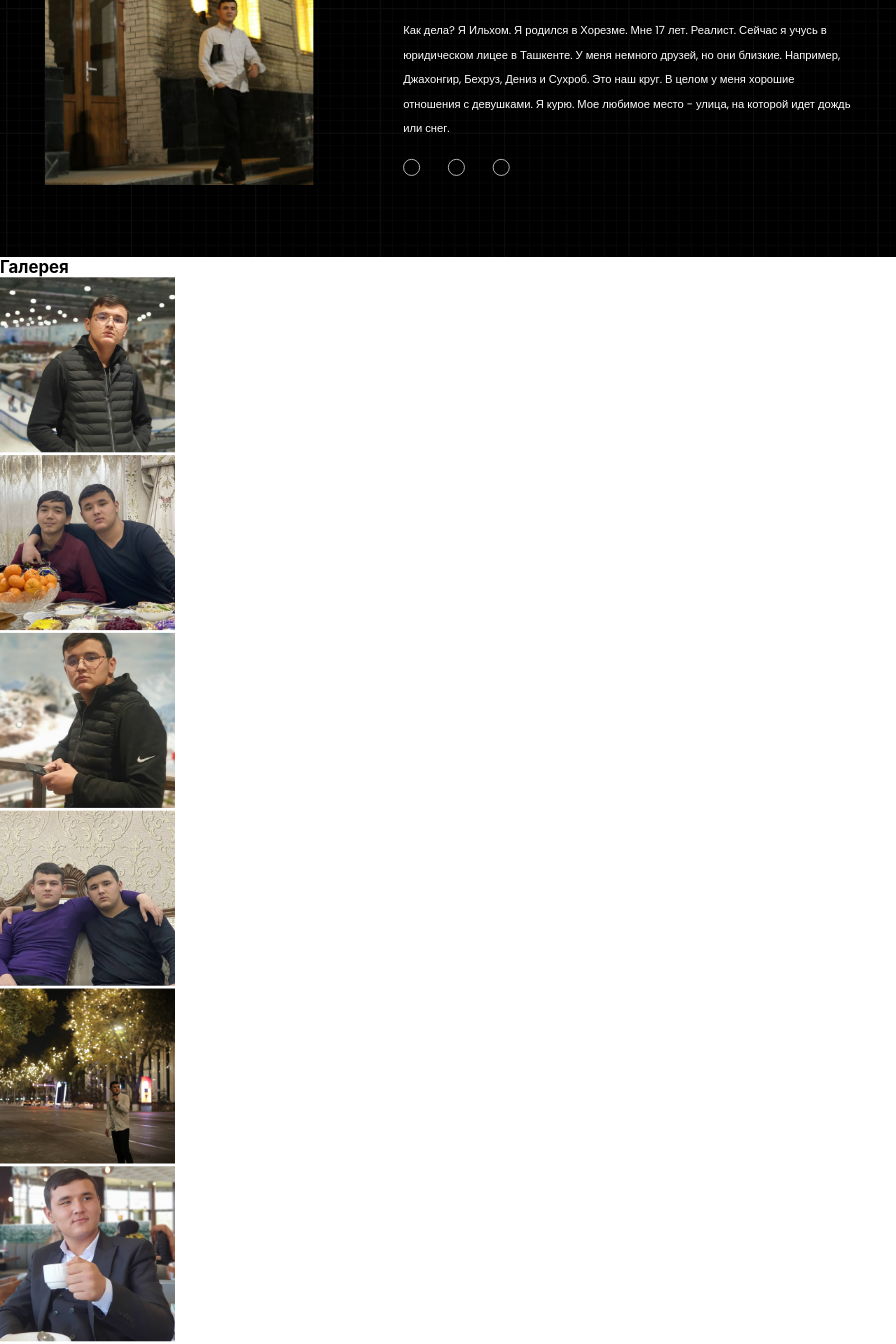
Repository: sardorexe/xishnik
Page: /
These files come from the project's save history. The page is drawn as it stood at one moment and after a run of saves; the edit follows.
The browser window is 1280 px wide. The pictures show the part of the page from y = 1073 to 2993 px (the page is 2993 px tall), at 70% of full size.
Some icons come from a web library that is not loaded, so they are not drawn. Some web libraries are served in a nearby version. The project was rebuilt for these pictures with package versions that can differ from the ones it lists, and the page was loaded fresh each time. Some packages were replaced by stand-ins written for this rebuild. The framework's server and built-in components were replaced by stand-ins that run in the browser. Also part of the build but not shown: next.config.js.

Above is the page before, as saved 2021-09-27 21:20:50.

### pages/_app.js
import "../styles/globals.css";
import Layout from "../comps/layout";
import Head from "next/head";

function MyApp({ Component, pageProps }) {
  return (
    <>
      <Head>
        <link
          rel="stylesheet"
          href="https://pro.fontawesome.com/releases/v5.10.0/css/all.css"
          integrity="sha384-AYmEC3Yw5cVb3ZcuHtOA93w35dYTsvhLPVnYs9eStHfGJvOvKxVfELGroGkvsg+p"
          crossorigin="anonymous"
        />
      </Head>
      <Layout>
        <Component {...pageProps} />
      </Layout>
    </>
  );
}

export default MyApp;

### pages/_document.js
import Document, { Html, Head, Main, NextScript } from "next/document";

class MyDocument extends Document {
  static async getInitialProps(ctx) {
    const initialProps = await Document.getInitialProps(ctx);
    return { ...initialProps };
  }

  render() {
    return (
      <Html lang="en">
        <Head />
        <body>
          <Main />
          <NextScript />
        </body>
      </Html>
    );
  }
}

export default MyDocument

### pages/index.js
import Head from "next/head";
import Biography from "../comps/Biography";
import Gallery from "../comps/Gallery";
import Header from "../comps/Header";

export default function Home() {
  return (
    <>
      <Head>
        <title>Xishnik</title>
        <meta name="description" content="Xishnik gang bang" />
        <link rel="preconnect" href="https://fonts.googleapis.com" />
        <link rel="preconnect" href="https://fonts.gstatic.com" crossOrigin />
        <link
          href="https://fonts.googleapis.com/css2?family=Montserrat:wght@100;300;400;700&family=Poppins:wght@300;400;500;700&family=Quicksand:wght@700&display=swap&family=Racing+Sans+One&display=swap"
          rel="stylesheet"
        />
      </Head>
      <Header />
      <Biography />
      <Gallery />
    </>
  );
}

### styles/globals.css
::-webkit-scrollbar {
  display: none;
}

html,
body {
  padding: 0;
  margin: 0;
  font-family: -apple-system, BlinkMacSystemFont, Segoe UI, Roboto, Oxygen,
    Ubuntu, Cantarell, Fira Sans, Droid Sans, Helvetica Neue, sans-serif;
  box-sizing: border-box;
}

h1,
h2,
h3,
h4,
h5,
h6,
p {
  margin: 0;
  padding: 0;
}

a {
  color: inherit;
  text-decoration: none;
}

* {
  box-sizing: border-box;
}

### comps/layout.js
import Indicator from "./Indicator";

export default function Layout({ children }) {
  return (
    <>
      <Indicator />
      {children}
    </>
  );
}

### comps/Biography.js
import styles from "../styles/Biography.module.css";
import { useState, useEffect } from "react";
import AboutBox from "./miniComp/AboutBox";
import SocialMedia from "./miniComp/SocialMedia";

export default function Biography() {
  const [age, setAge] = useState(0);

  const calcAge = () => {
    let date = new Date();
    setAge(date.getFullYear() - 2004);
  };

  useEffect(() => {
    calcAge();
  }, []);

  return (
    <main className={styles.container}>
      <h1 className={styles.contentTitle}>Биография</h1>
      <div className={styles.parentContent}>
        <div className={styles.img}>
          <img
            src="/biography.jpg"
            width="100%"
            alt="xishnik, ilhom, xiwnik, hishnik, hiwnik, litsey, yurist, xorazm, gurlan"
          />
        </div>
        <div className={styles.content}>
          <h2>
            <li>Ильхaм Эгамберганов</li>
          </h2>
          <div className={styles.about}>
            <AboutBox
              icon="fal fa-calendar"
              title="Дата рождения"
              content="22.12.2004"
            />
            <AboutBox
              icon="fas fa-map-marker-alt"
              title="Место рождения"
              content="Хорезм, Узбекистан"
            />
            <AboutBox
              icon="fas fa-briefcase"
              title="Профессия"
              content="Юрист"
            />
          </div>
          <p className={styles.more}>
            Как дела? Я Ильхом. Я родился в Хорезме. Мне {age} лет. Реалист.
            Сейчас я учусь в юридическом лицее в Ташкенте. У меня немного
            друзей, но они близкие. Например, Джахонгир, Бехруз, Дениз и Сухроб.
            Это наш круг. В целом у меня хорошие отношения с девушками. Я курю.
            Мое любимое место - улица, на которой идет дождь или снег.
          </p>
          <div className={styles.social}>
            <SocialMedia
              icon="fab fa-instagram"
              url="https://instagram.com/xishnik_3583"
            />
            <SocialMedia icon="fas fa-phone" url="tel:+998974533583" />
            <SocialMedia
              icon="fab fa-telegram-plane"
              url="https://t.me/MR_ILKHAM"
            />
          </div>
        </div>
      </div>
      <div className={styles.freeContent}></div>
    </main>
  );
}

### comps/Gallery.js
import styles from "../styles/Gallery.module.css";

export default function Gallery() {
  return (
    <section className={styles.container}>
      <h1 className={styles.title}>Галерея</h1>
      <div className={styles.photos}>
        <div className={styles.photo}>
          <img
            src="/gallery1.jpg"
            alt="Xishnik jalla xishnik, ilhom, xiwnik, hishnik, hiwnik, litsey, yurist, xorazm, gurlan"
          />
        </div>
        <div className={styles.photo}>
          <img
            src="/gallery2.jpg"
            alt="Xishnik jalla xishnik, ilhom, xiwnik, hishnik, hiwnik, litsey, yurist, xorazm, gurlan"
          />
        </div>
        <div className={styles.photo}>
          <img
            src="/gallery3.jpg"
            alt="Xishnik jalla xishnik, ilhom, xiwnik, hishnik, hiwnik, litsey, yurist, xorazm, gurlan"
          />
        </div>
        <div className={styles.photo}>
          <img
            src="/gallery4.jpg"
            alt="Xishnik jalla xishnik, ilhom, xiwnik, hishnik, hiwnik, litsey, yurist, xorazm, gurlan"
          />
        </div>
        <div className={styles.photo}>
          <img
            src="/gallery5.jpg"
            alt="Xishnik jalla xishnik, ilhom, xiwnik, hishnik, hiwnik, litsey, yurist, xorazm, gurlan"
          />
        </div>
        <div className={styles.photo}>
          <img
            src="/gallery6.jpg"
            alt="Xishnik jalla xishnik, ilhom, xiwnik, hishnik, hiwnik, litsey, yurist, xorazm, gurlan"
          />
        </div>
      </div>
    </section>
  );
}

### comps/Header.js
import styles from "../styles/Home.module.css";

export default function Header() {
  return (
    <>
      <header className={styles.header}>
        <div className={styles.background}>
          <video
            loop
            muted
            autoPlay
            style={{
              objectFit: "cover",
              height: "100%",
              width: "40%",
              opacity: "0.6",
            }}
            src="/background.mp4"
          ></video>
        </div>
        <div className={styles.content}>
          <div className={styles.textContent}>
            <h1>XISHNIK GANG</h1>
            <li> -- Я получу всё что хочу</li>
          </div>
        </div>
      </header>
    </>
  );
}

### comps/Indicator.js
import { useState, useEffect } from "react";

export default function Indicator() {
  const [width, setWidth] = useState(0);
  const watchScrolling = () => {
    let winScroll =
      document.body.scrollTop || document.documentElement.scrollTop;
    let height =
      document.documentElement.scrollHeight -
      document.documentElement.clientHeight;
    let scrolled = (winScroll / height) * 100;
    setWidth(scrolled);
  };

  useEffect(() => {
    window.onscroll = function () {
      watchScrolling();
    };
  }, [width]);

  return (
    <>
      <div className="indicator"></div>
      <style jsx>{`
        .indicator {
          position: fixed;
          top: 0;
          left: 0;
          width: ${width}%;
          height: 4px;
          background: #fff;
          z-index: 99999999;
        }
      `}</style>
    </>
  );
}

### styles/Biography.module.css
.container {
  background: url(/background.jpg);
  background-size: cover;
  background-repeat: no-repeat;
  display: flex;
  flex-direction: column;
  justify-content: space-between;
  align-items: center;
  color: #fff;
  min-height: 100vh;
}

.contentTitle {
  font-family: "Montserrat", sans-serif;
  font-weight: bold;
  margin-top: 55px;
  font-size: 40px;
}

.parentContent {
  display: flex;
  flex-direction: row;
  justify-content: space-around;
  width: 100%;
}

.content {
  display: flex;
  flex-direction: column;
  align-items: flex-start;
  justify-content: space-around;
  width: 50%;
}

.content h2 {
  margin-bottom: 40px;
}

.img {
  overflow: hidden;
  width: 30%;
}

.img img {
  width: 100%;
  height: 100%;
  object-fit: cover;
}

.about {
  display: flex;
  flex-direction: row;
  align-items: center;
  justify-content: space-between;
  flex-wrap: wrap;
}

.more {
  font-family: "Poppins", sans-serif;
  font-weight: medium;
  line-height: 35px;
}

.social {
  display: flex;
  flex-direction: row;
  align-items: flex-start;
}

.freeContent {
  margin-top: 15px;
}

### comps/miniComp/AboutBox.js
export default function AboutBox({ icon, title, content }) {
  return (
    <>
      <div className="aboutBox">
        <div className="icon">
          <i className={icon}></i>
        </div>
        <div className="text">
          <p className="title">{title}</p>
          <p className="content">{content}</p>
        </div>
      </div>
      <style jsx>{`
        .aboutBox {
          display: flex;
          flex-direction: row;
          align-items: center;
          justify-content: center;
          margin: 0 10px 10px 0;
        }

        .icon {
          display: flex;
          align-items: center;
          justify-content: center;
          margin-right: 10px;
          padding: 10px;
          border-right: 1px solid #fff;
        }

        .title {
          font-family: "Montserrat", sans-serif;
          color: #5a5a5a;
        }

        .content {
          font-family: "Poppins", sans-serif;
          font-weight: bold;
        }

        .icon i {
          color: #fff;
        }
      `}</style>
    </>
  );
}

### comps/miniComp/SocialMedia.js
import styles from "../../styles/Social.module.css";
import Link from "next/link";

export default function SocialMedia({ icon, url }) {
  return (
    <Link href={url}>
      <a className={styles.button} target="_blank">
        <span className={styles.background}></span>
        <i className={icon}></i>
      </a>
    </Link>
  );
}

### styles/Gallery.module.css
.container {
  min-height: 100vh;

}

### styles/Home.module.css
.header {
  background-color: #000;
  height: 100vh;
  display: flex;
  justify-content: center;
  align-items: center;
}

.background {
  width: 80%;
  height: 100vh;
  position: absolute;
  top: 0;
  left: 0;
}

.content {
  margin-left: 80px;
  width: 60%;
  height: 100%;
  z-index: 9999;
  display: flex;
  justify-content: center;
  align-items: center;
  background: rgb(0, 0, 0);
}

.content h1 {
  font-family: 'Racing Sans One', cursive;
  font-size: 46px;
  margin: 0;
  font-weight: 700;
  z-index: 9999;
  color: #fff;
}

.content li {
  color: rgba(255, 255, 255, 0.527);
  font-family: 'Inter', sans-serif;
  font-weight: lighter;
}

### styles/Social.module.css
.button {
  position: relative;
  border: 1px solid #fff;
  padding: 11px;
  display: flex;
  justify-content: center;
  align-items: center;
  border-radius: 50px;
  overflow: hidden;
  margin-right: 40px;
}

.background {
  position: absolute;
  top: 0;
  left: 0;
  width: 100%;
  height: 100%;
  background-color: #fff;
  transform: scaleY(0);
  transform-origin: top center;
  transition: transform 0.3s cubic-bezier(0.445, 0.05, 0.55, 0.95);
}

.button:hover .background {
  transform-origin: bottom center;
  transform: scaleY(1);
}

.button i {
  color: #fff;
  z-index: 1;
  font-size: 20px;
  transition: color 0.3s ease;
}

.button:hover i {
    color: #000;
}

After the next 8 saves:
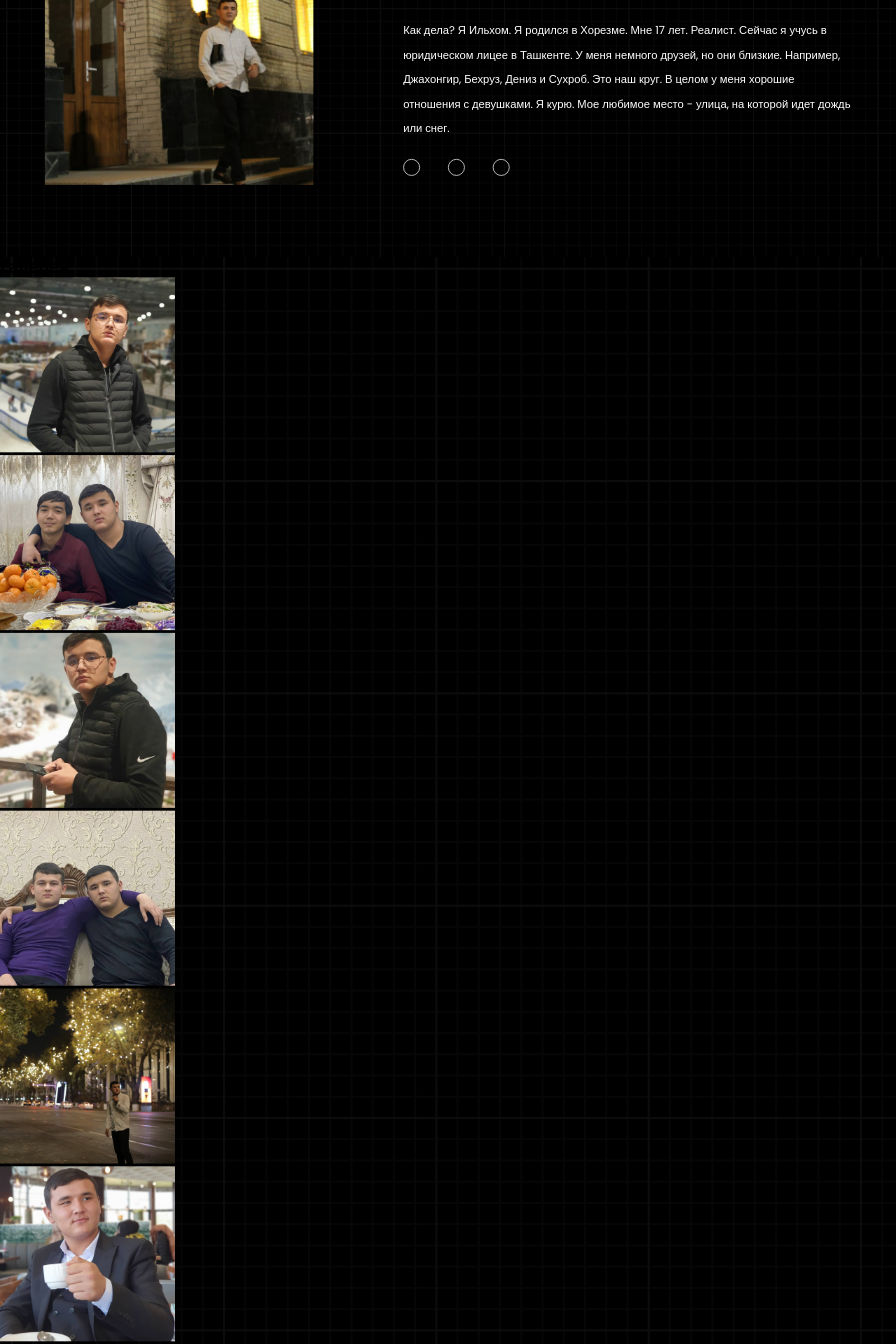
The 8 saves are shown as one change because they came seconds apart.
The last was saved 31 s later.
--- a/styles/Gallery.module.css
+++ b/styles/Gallery.module.css
@@ -1,4 +1,6 @@
 .container {
   min-height: 100vh;
-
+  background: url(/background.jpg);
+  background-size: cover;
+  background-repeat: no-repeat;
 }

After the save that followed:
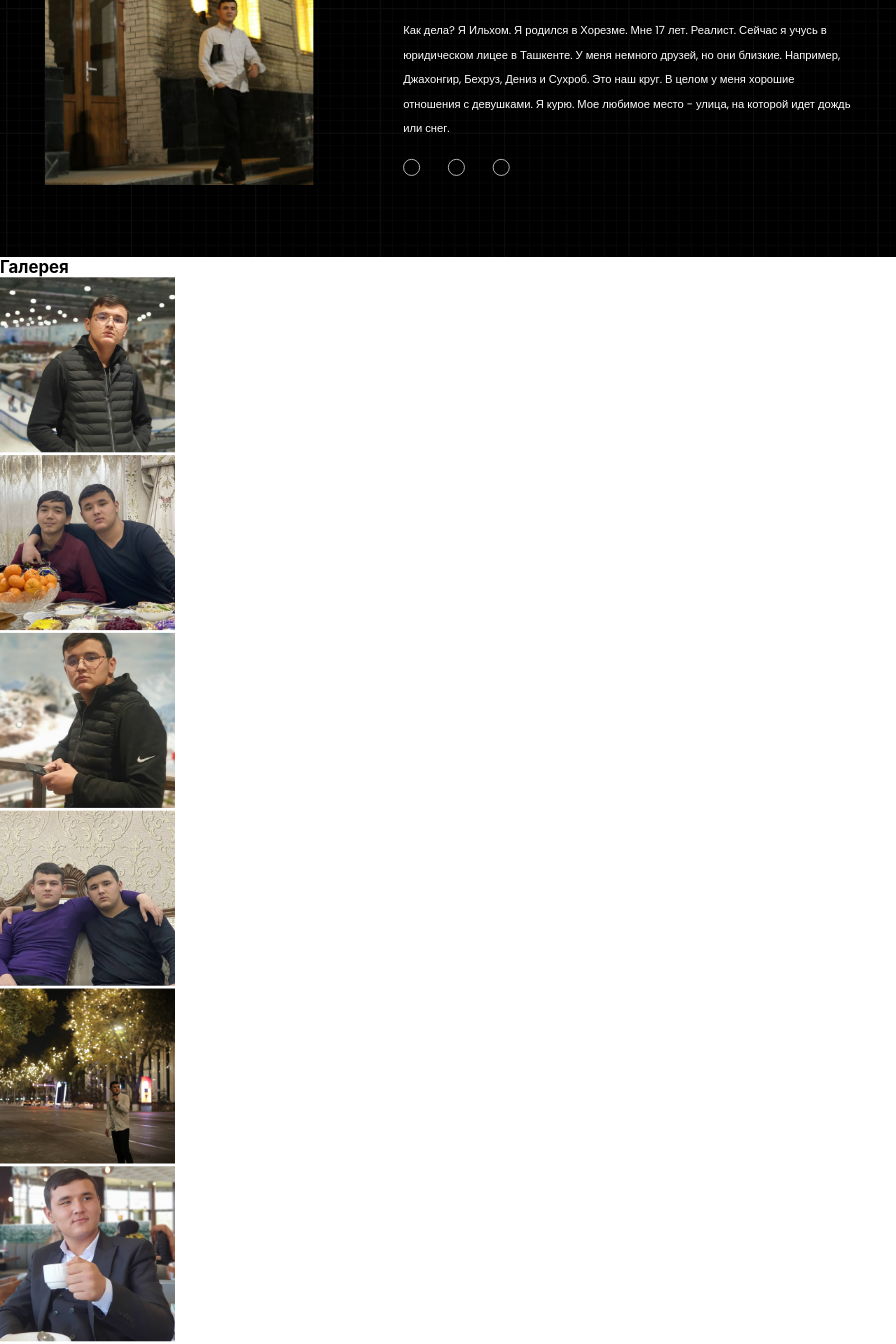
Saved 27 s later.
--- a/styles/Gallery.module.css
+++ b/styles/Gallery.module.css
@@ -1,6 +1,4 @@
 .container {
   min-height: 100vh;
-  background: url(/background.jpg);
-  background-size: cover;
-  background-repeat: no-repeat;
+  backg
 }
